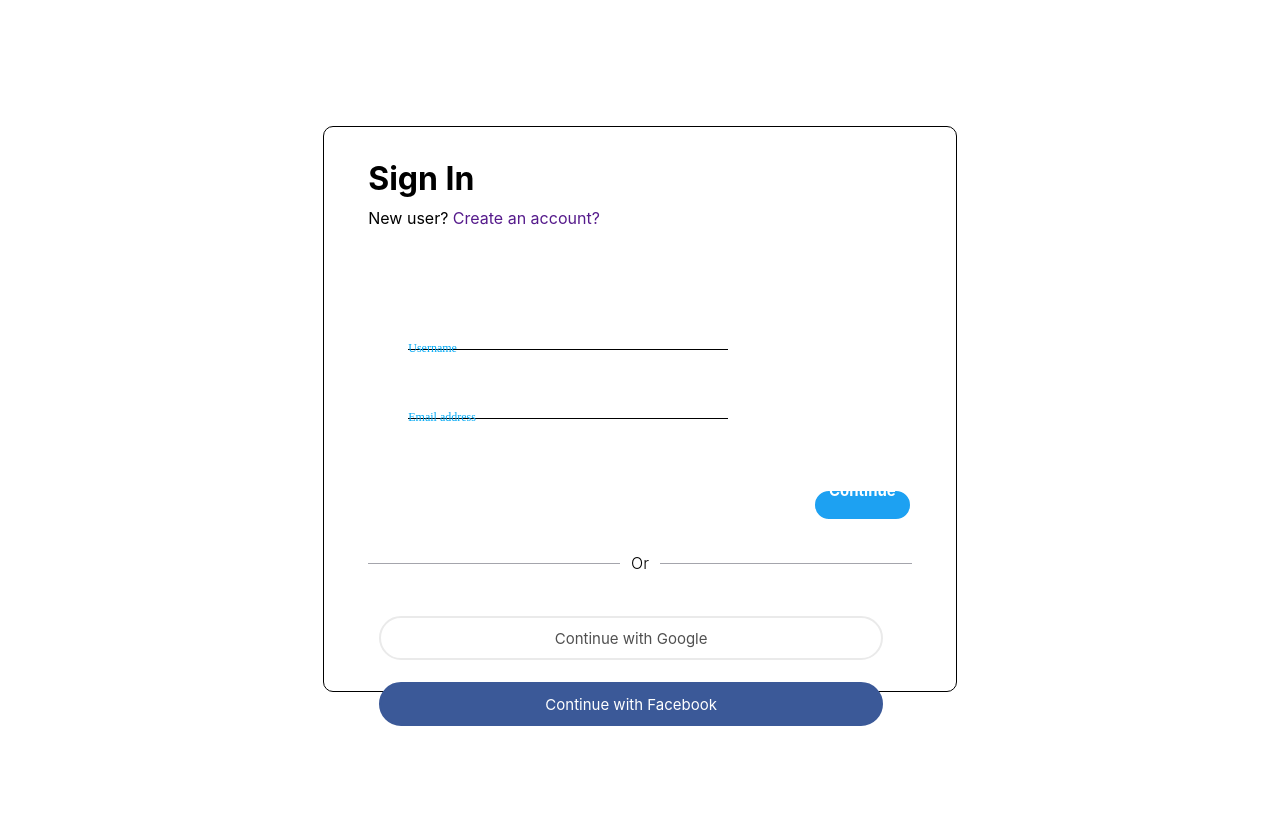
Repository: thangluu93/WereWolf
Page: Template/signIn.html
The author's editor kept a copy of each file at every save. The page is drawn from the files as they stood at one save, then again after the next save.
The browser window is 1280 px wide. The pictures show the whole page.

Above is the page before, as saved 2020-01-13 16:09:30.

After the next save:
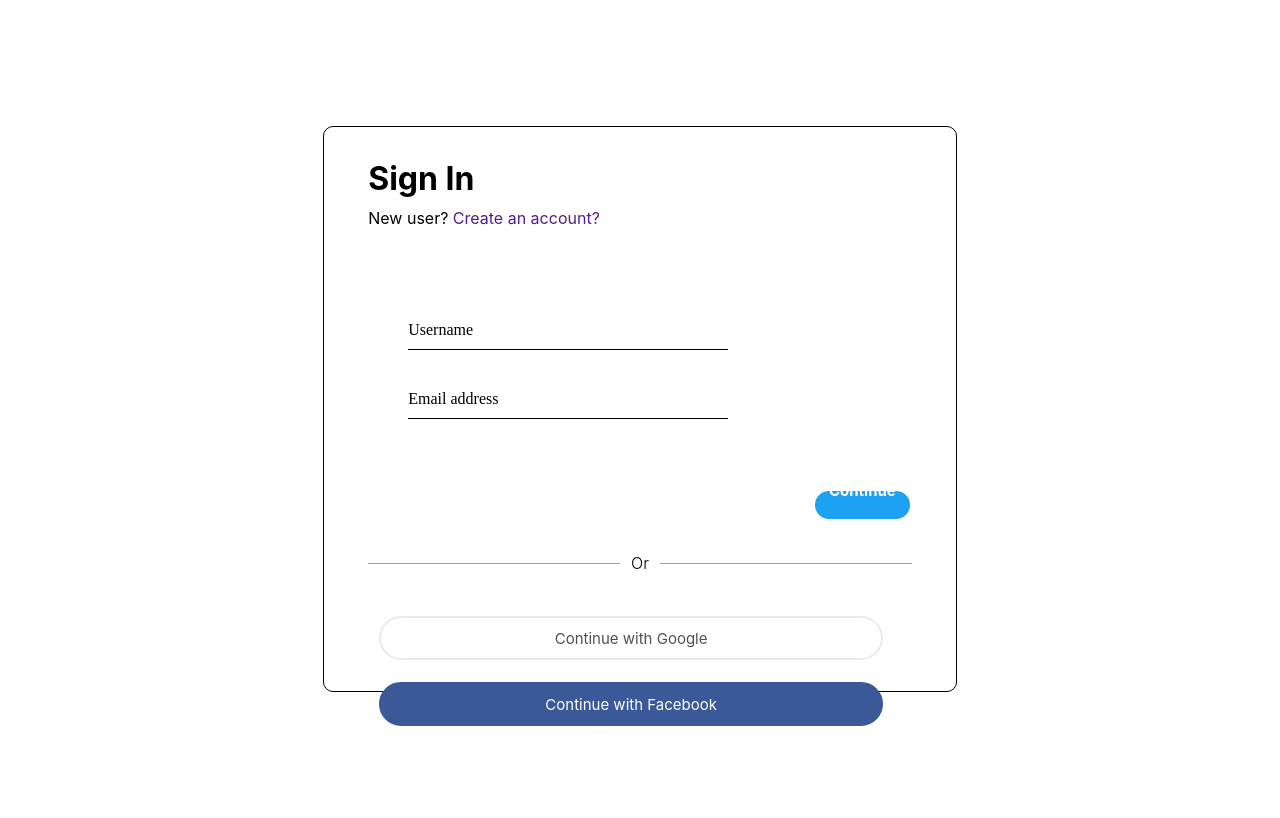
Saved 25 s later.
--- a/Stylesheet/signInStyle.css
+++ b/Stylesheet/signInStyle.css
@@ -228,8 +228,8 @@ a{
     transition: 1s;
 }
 
-.box .inputBox input:focus ~ label, .box .inputBox input:valid ~ label {
-    top: 20px;
+.box .inputBox input:focus ~ label {
+    top: -20px;
     left: 0;
     color: #03a9f4;
     font-size: 12px;
